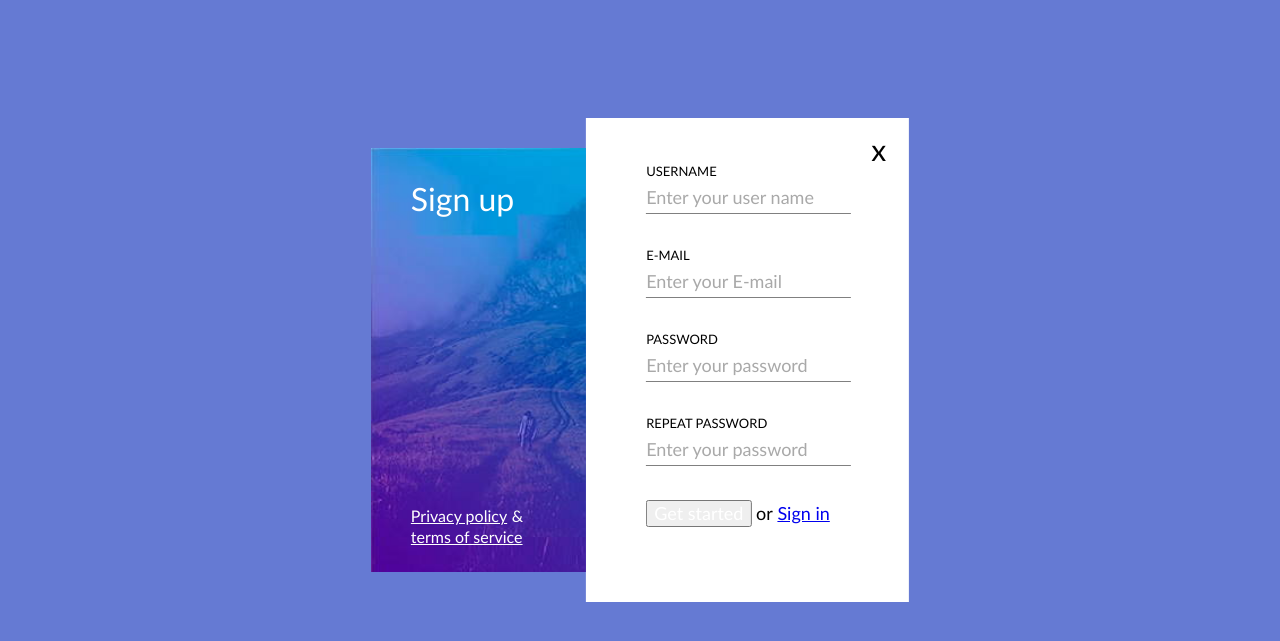
Repository: motiejus1/11-paskaita-adobexd-registracija
Page: index.html
These files come from the project's save history. The page is drawn as it stood at one moment and after a run of saves; the edit follows.
The browser window is 1280 px wide. The pictures show the whole page.

Above is the page before, as saved 2021-06-17 20:34:05.

### index.html
<!DOCTYPE html>
<html lang="en">
<head>
    <meta charset="UTF-8">
    <meta http-equiv="X-UA-Compatible" content="IE=edge">
    <meta name="viewport" content="width=device-width, initial-scale=1.0">
    <title>Registracija</title>
    <style>
        html {
            font-size: 18px;
        }

        body {
            max-width: 1920px;
            background-color: #657AD3;
            font: normal normal normal 1rem/1.1667rem Gill Sans MT;
        }

        .container {
            width: 42.05%;
            position: absolute;
            top: 50%;
            left: 50%;
            transform: translate(-50%, -50%);
        }

        .left-column, .right-column {
            float:left;
            height: 26.8889rem;
        }

        .left-column {
            background-color: transparent;
            width: 40%;

        }

        .right-column {
            width: 60%;
            background-color: #fff;
        }

        .left-column-container {
            margin-top: 1.6667rem;
            height: 23.5556rem;
            background-color: #fff;
            background: transparent url('img/mountain.png') 0% 0% no-repeat padding-box;
            background-size: cover;
            padding-left: 2.2222rem;
            position: relative;

        }

        h1 {
            font: normal normal normal 1.7778rem/2.0556rem Gill Sans MT;
            color: #FFFFFF;
            margin: 0;
            padding-top: 32px;
        }


        .links {
            position: absolute;
            bottom: 1.3889rem;
        }

        .links a, .links p {
            display: inline-block;
            color: #FFFFFF;
            font: normal normal normal 0.8889rem/1.0556rem Gill Sans MT;
        }

        .links a:hover {
            color:#808080;
        }

        .links p {
            margin: 0;
        }

        .right-column-container {
            padding-left: 3.3333rem;
            padding-top: 2.5556rem;
            padding-right: 3.3333rem;
        }

        input {
            display: block;
            width: 100%;
            border: 0;
            border-bottom: 1px solid #808080;
            padding-bottom: 0.3333rem;
            padding-left: 0;
        }

        input:focus {
            border: 0;
            outline: none;
            border-bottom: 1px solid #808080;
        }
        /* klase input */

        .input {
            margin-bottom: 1.8889rem;
        }

        label {
            display: block;
            font: normal normal normal 0.7222rem/0.8333rem Gill Sans MT;
            text-transform: uppercase;
            color: #000000;
            padding-bottom: 0.6667rem;
        }

        ::-webkit-input-placeholder {
            font: normal normal normal 1rem/1.1667rem Gill Sans MT;
            color: #A9A9A9;

        }

        .close {
            font: normal normal normal 1.6667rem/1.9444rem Gill Sans MT;
            color:#000000;
            position: absolute;
            top: 0.7778rem;
            right: 1.2778rem;
        }

        .close:hover {
            cursor: pointer;
            color:#808080;
        }

        .right-column-bottom-action button, .right-column-bottom-action p, .right-column-bottom-action a {
            display:inline-block;
        }

        .right-column-bottom-action p {
            margin: 0;
        }

        .btn {
            font: normal normal normal 1rem/1.1667rem Gill Sans MT;
            color: #FFFFFF;
        }

    </style>

</head>
<body>

    <div class="container">

        <div class="left-column">
            <div class="left-column-container">
                <h1>Sign up</h1>

                <div class="links">
                    <a href="#">Privacy policy</a>
                    <p>&</p>
                    <a href="#">terms of service</a>
                </div>
            </div>
        </div>
        <div class="right-column">
            <div class="right-column-container">
                <span class="close">x</span>
                <div class="input">
                    <label for="username">Username</label>
                    <input placeholder="Enter your user name" type="text" id="username" name="username" />
                </div>
                <div class="input">
                    <label for="email">E-mail</label>
                    <input placeholder="Enter your E-mail" type="text" id="email" name="email" />
                </div>
                <div class="input">
                    <label for="password">Password</label>
                    <input placeholder="Enter your password" type="password" id="password" name="password" />
                </div>
                <div class="input">
                    <label for="repeat-password">Repeat password</label>
                    <input placeholder="Enter your password" type="password" id="repeat-password" name="repeat-password" />
                </div>

                <div class="right-column-bottom-action">
                    <button class="btn">Get started</button>
                    <p>or</p>
                    <a href="#">Sign in</a>
                </div>
            </div>
        </div>
    </div>

</body>
</html>

After the next 2 saves:
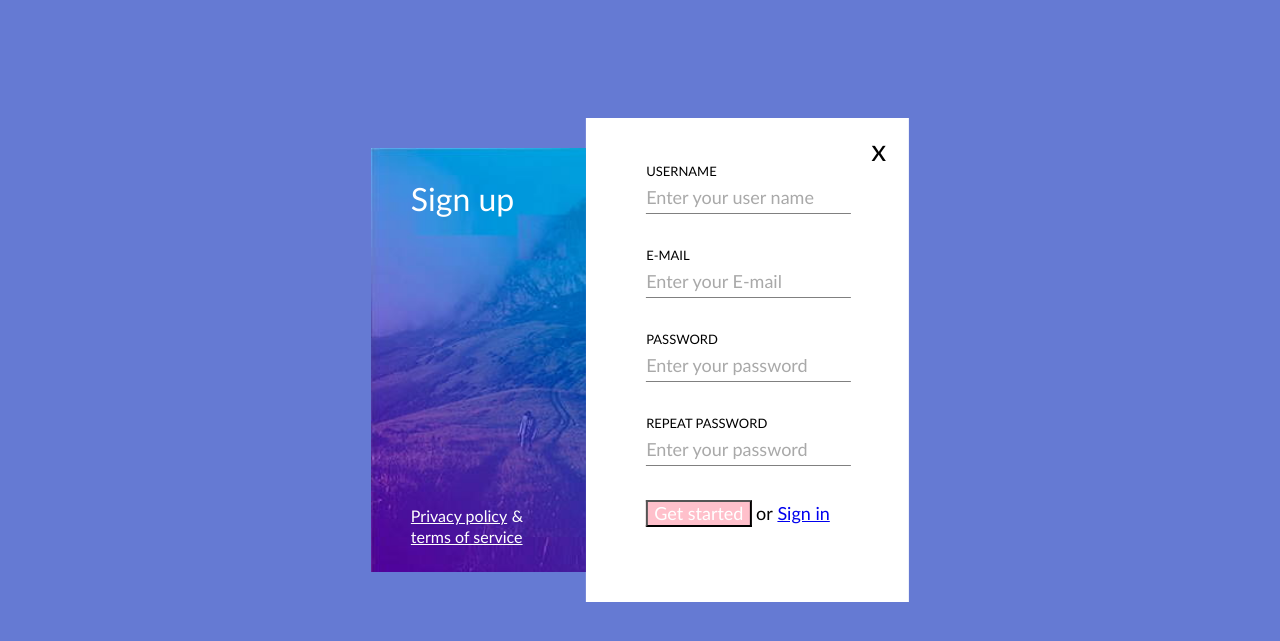
The 2 saves are shown as one change because they came seconds apart.
The last was saved 36 s later.
--- a/index.html
+++ b/index.html
@@ -142,6 +142,8 @@
         .btn {
             font: normal normal normal 1rem/1.1667rem Gill Sans MT;
             color: #FFFFFF;
+            background-color: #FFC0CB;
+
         }
 
     </style>
